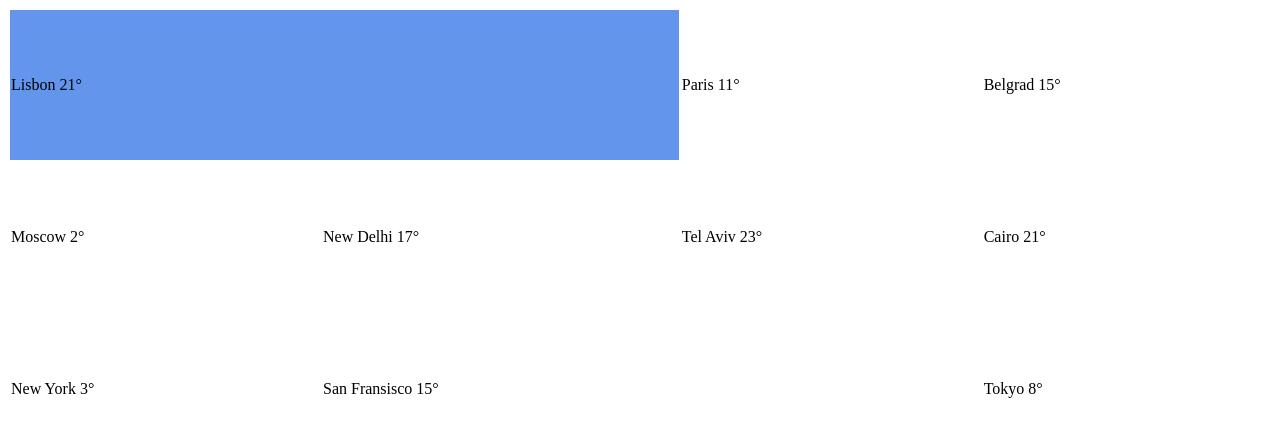
Repository: aysedo/html
Page: Week_2/index.html
The author's editor kept a copy of each file at every save. The page is drawn from the files as they stood at one save, then again after the next save.
The browser window is 1280 px wide. The pictures show the whole page.

Above is the page before, as saved 2021-08-24 14:35:54.

After the next save:
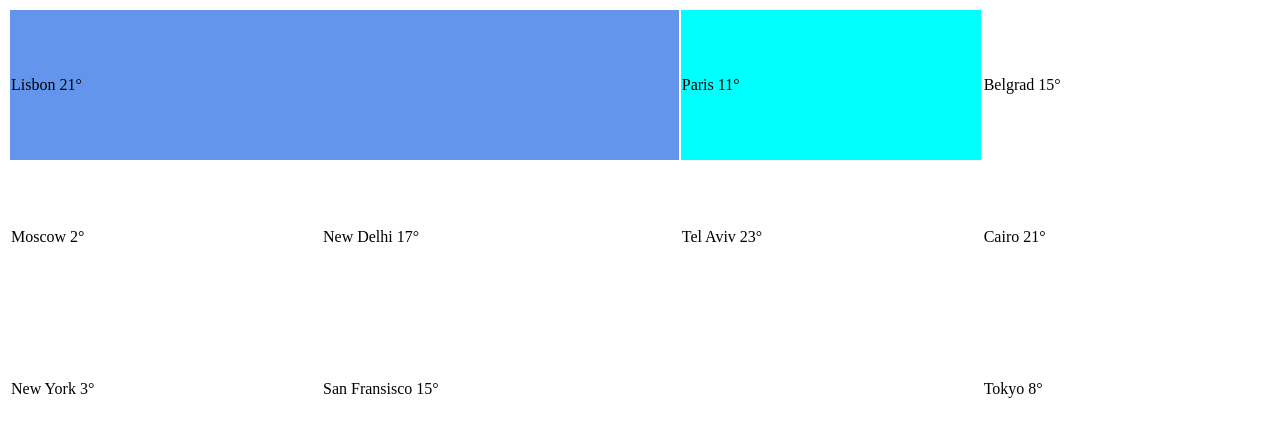
Saved 74 s later.
--- a/Week_2/index.html
+++ b/Week_2/index.html
@@ -10,7 +10,7 @@
     <table width="100%">
       <tr height="150">
         <td colspan="2" bgcolor="cornflowerblue"> Lisbon 21° </td>
-        <td bgcolor=""> Paris 11° </td>
+        <td bgcolor="Aqua"> Paris 11° </td>
         <td>Belgrad 15°</td>
       </tr>
       <tr height="150">
